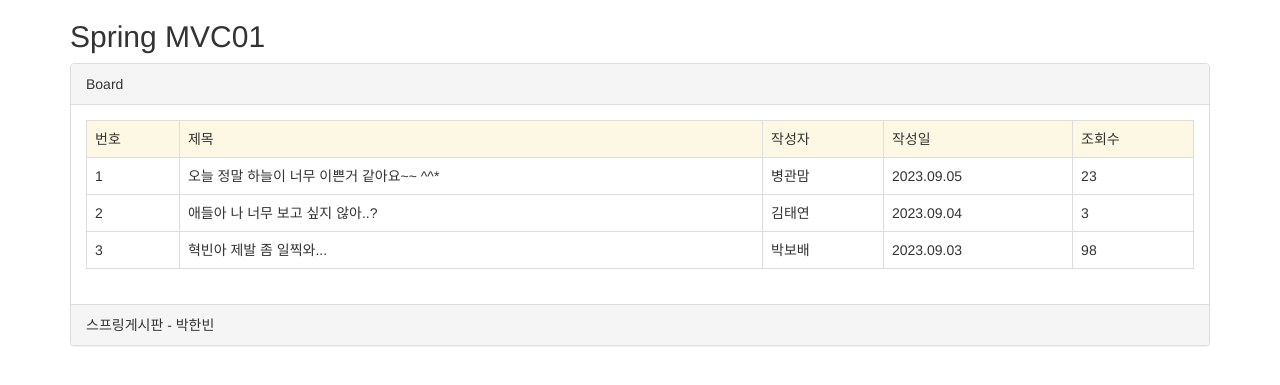
Repository: hanbinpark/Spring
Page: http://localhost/SpringMVC01/
These files come from the project's save history. The page is drawn as it stood at one moment and after the next save; the edit follows.
The browser window is 1280 px wide. The pictures show the whole page.
The page is served by Tomcat 9.

Above is the page before, as saved 2023-09-05 02:14:08.

After the next save:
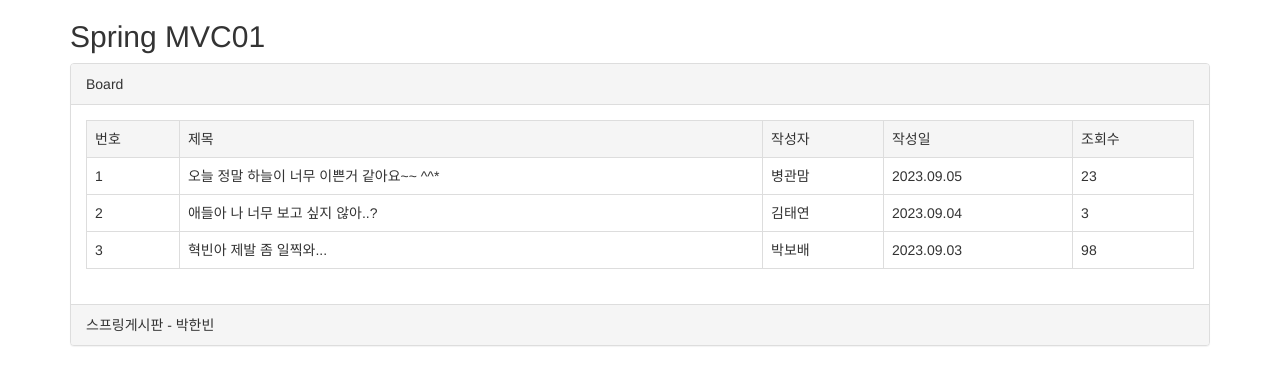
Saved 31 s later.
--- a/SpringMVC01/src/main/webapp/WEB-INF/views/boardList.jsp
+++ b/SpringMVC01/src/main/webapp/WEB-INF/views/boardList.jsp
@@ -17,7 +17,7 @@
 	    <div class="panel-heading">Board</div>
 	    <div class="panel-body">
 			<table class="table table-bordered table-hover">
-				<tr class="warning">
+				<tr class="active">
 					<td>번호</td>
 					<td>제목</td>
 					<td>작성자</td>

After the save that followed:
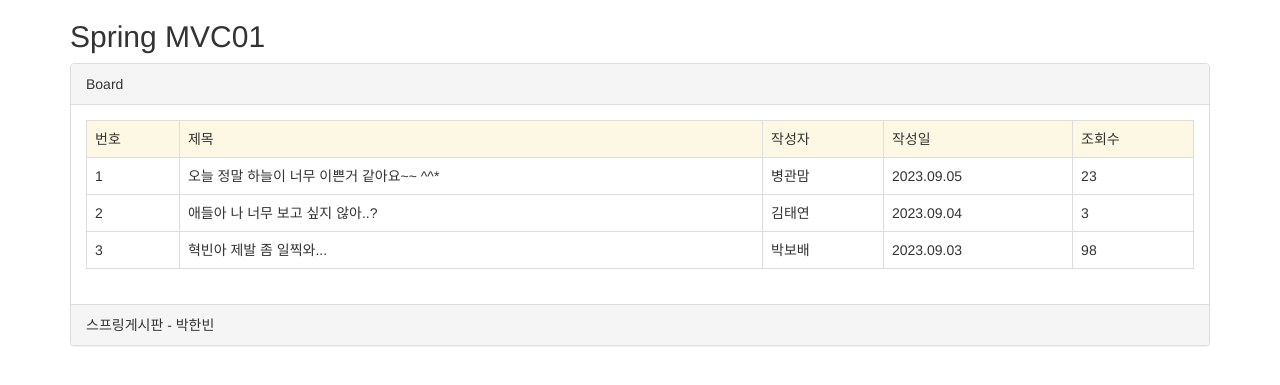
Saved 26 s later.
--- a/SpringMVC01/src/main/webapp/WEB-INF/views/boardList.jsp
+++ b/SpringMVC01/src/main/webapp/WEB-INF/views/boardList.jsp
@@ -17,7 +17,7 @@
 	    <div class="panel-heading">Board</div>
 	    <div class="panel-body">
 			<table class="table table-bordered table-hover">
-				<tr class="active">
+				<tr class="warning">
 					<td>번호</td>
 					<td>제목</td>
 					<td>작성자</td>
